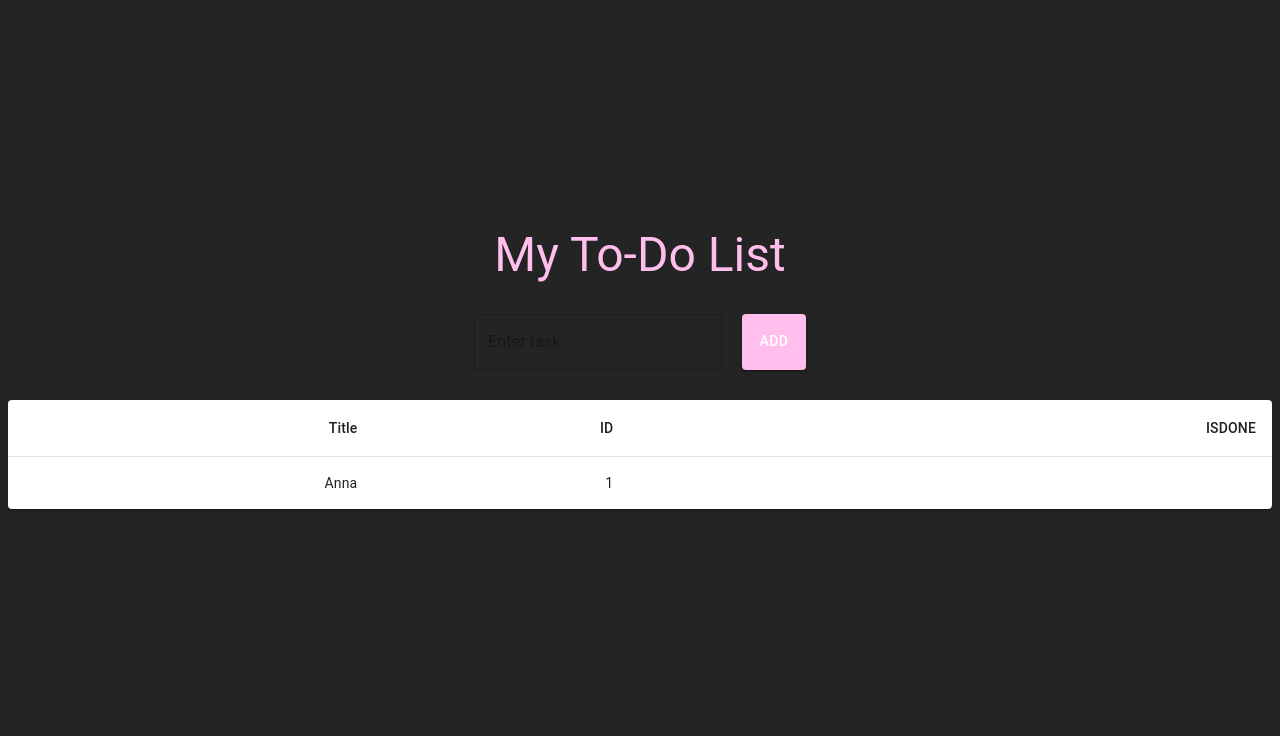
Repository: savannaaaas/ToDo_List
Page: /
These files come from the project's save history. The page is drawn as it stood at one moment and after the next save; the edit follows.
The browser window is 1280 px wide. The pictures show the whole page.
The project was rebuilt for these pictures with package versions that can differ from the ones it lists, and the page was loaded fresh each time. Also part of the build but not shown: vite.config.js.

Above is the page before, as saved 2025-08-09 01:15:23.

### src/main.jsx
import { StrictMode } from "react";
import { createRoot } from "react-dom/client";
import { TaskProvider } from "./provider/TaskProvider.jsx";
import App from "./App.jsx";
import "./index.css";

createRoot(document.getElementById("root")).render(
  <StrictMode>
    <TaskProvider>
      <App />
    </TaskProvider>
  </StrictMode>
);

### src/provider/TaskProvider.jsx
import { TaskContext } from "../context/TaskContext";
import { useState } from "react";
export const TaskProvider = ({ children }) => {
  const [tasks, setTasks] = useState(() => {
    const saved = localStorage.getItem("tasks");
    return saved
      ? JSON.parse(saved)
      : [{ id: 1, title: "Anna", isDone: false }];
  });
  return (
    <TaskContext.Provider value={{ tasks, setTasks }}>
      {children}
    </TaskContext.Provider>
  );
};

### src/App.jsx
import { Header } from "./components/Header";
import { AddTask } from "./components/AddTask";
import "./index.css";
import { ShowTasks } from "./components/ShowTasks";

function App() {
  return (
    <div className="toDo-list">
      <Header />
      <AddTask />
      <ShowTasks />
    </div>
  );
}

export default App;

### src/index.css
:root {
  font-family: system-ui, Avenir, Helvetica, Arial, sans-serif;
  line-height: 1.5;
  font-weight: 400;
  background-color: #242424;
}


.toDo-list{
  display: flex;
  flex-direction: column;
  justify-content: center;
  align-items: center;
  min-height: 100vh;
  width: 100%;
  margin: 0 auto;
  box-sizing: border-box;
  gap: 30px;
}
.form{
  display: flex;
  flex-direction: row;
  gap: 20px;
}

### src/context/TaskContext.jsx
import { createContext } from "react";
export const TaskContext = createContext();

### src/components/Header.jsx
import { Typography } from "@mui/material";
export const Header = () => {
  return (
    <Typography variant="h3" sx={{ color: "#ffbeec" }}>
      My To-Do List
    </Typography>
  );
};

### src/components/AddTask.jsx
import { Controller } from "react-hook-form";
import { useForm } from "react-hook-form";
import { schema } from "../schema/shema";
import { yupResolver } from "@hookform/resolvers/yup";
import { Button, TextField } from "@mui/material";
import { useContext } from "react";
import { TaskContext } from "../context/TaskContext";

export const AddTask = () => {
  const { tasks, setTasks } = useContext(TaskContext);
  const {
    control,
    handleSubmit,
    formState: { errors },
    reset,
  } = useForm({
    defaultValues: {
      title: "",
    },
    resolver: yupResolver(schema),
    mode: "onTouched",
  });
  const handleInputSubmit = (data) => {
    console.log(data);
    const task = {
      id: crypto.randomUUID(),
      title: data.title,
      isDone: data.isDone,
    };
    const updateTask = [...tasks, task];
    setTasks(updateTask);
    localStorage.setItem("tasks", JSON.stringify(updateTask));
    reset();
  };
  return (
    <form onSubmit={handleSubmit(handleInputSubmit)} className="form">
      <Controller
        name="title"
        control={control}
        defaultValue=""
        render={({ field }) => {
          return (
            <TextField
              {...field}
              placeholder="Enter task"
              helperText={errors.title?.message}
              error={!!errors.title}
              sx={{ color: "#ffbeec" }}
            />
          );
        }}
      />
      <Button
        variant="contained"
        sx={{ backgroundColor: "#ffbeec" }}
        type="submit"
      >
        Add
      </Button>
    </form>
  );
};

### src/components/ShowTasks.jsx
import { useContext } from "react";
import { TaskContext } from "../context/TaskContext";
import { Task } from "./Task";
import Table from "@mui/material/Table";
import TableBody from "@mui/material/TableBody";
import TableCell from "@mui/material/TableCell";
import TableContainer from "@mui/material/TableContainer";
import TableHead from "@mui/material/TableHead";
import TableRow from "@mui/material/TableRow";
import Paper from "@mui/material/Paper";

export const ShowTasks = () => {
  const { tasks, setTasks } = useContext(TaskContext);
  return (
    <TableContainer component={Paper}>
      <Table sx={{ minWidth: 650 }} aria-label="simple table">
        <TableHead>
          <TableRow>
            <TableCell align="right">Title</TableCell>
            <TableCell align="right">ID</TableCell>
            <TableCell align="right"></TableCell>
            <TableCell align="right">ISDONE</TableCell>
          </TableRow>
        </TableHead>
        <TableBody>
          {tasks.map((task) => {
            return <Task task={task} key={task.id} />;
          })}
        </TableBody>
      </Table>
    </TableContainer>
  );
};

### src/schema/shema.js
import * as yup from "yup";
export const schema = yup.object().shape({
  title: yup
    .string()
    .trim()
    .min(1, "The task must be more than 1 character long.")
    .required("This field is required")
    .test((value) => /^\S+$/.test(value)),
});

### src/components/Task.jsx
import TableCell from "@mui/material/TableCell";
import TableRow from "@mui/material/TableRow";

// const columns = [
//   { field: "id", headerName: "ID", width: 70 },
//   { field: "title", headerName: "Title", width: 130 },
// ];
export const Task = ({ task }) => {
  //   const rows = [
  //     {
  //       id: task.id,
  //       title: task.title,
  //     },
  //   ];

  return (
    <TableRow
      key={task.id}
      sx={{ "&:last-child td, &:last-child th": { border: 0 } }}
    >
      <TableCell align="right">{task.title}</TableCell>
      <TableCell align="right">{task.id}</TableCell>
      <TableCell align="right">{task.isDone}</TableCell>
    </TableRow>
  );
};

Loaded but not shown: index.html (common file)

After the next save:
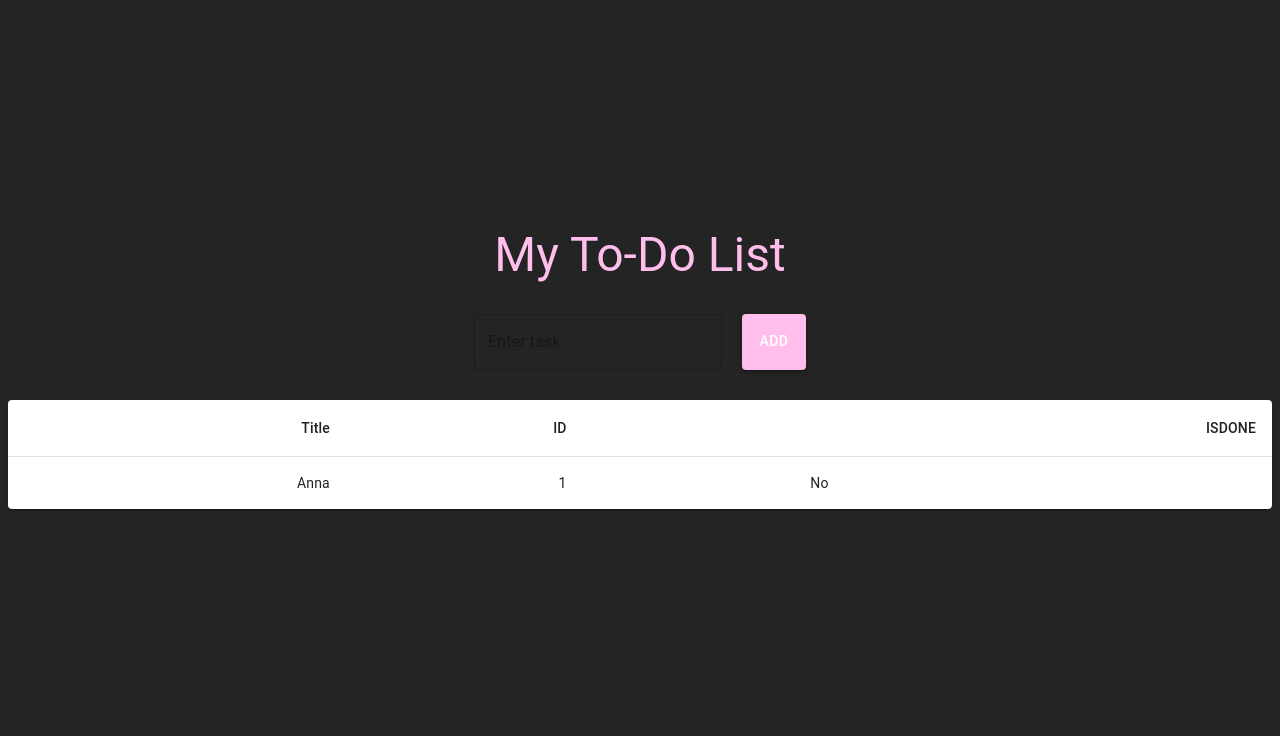
Saved 2 min 25 s later.
--- a/src/components/Task.jsx
+++ b/src/components/Task.jsx
@@ -20,7 +20,7 @@ export const Task = ({ task }) => {
     >
       <TableCell align="right">{task.title}</TableCell>
       <TableCell align="right">{task.id}</TableCell>
-      <TableCell align="right">{task.isDone}</TableCell>
+      <TableCell align="right">{task.isDone ? "Yes" : "No"}</TableCell>
     </TableRow>
   );
 };
